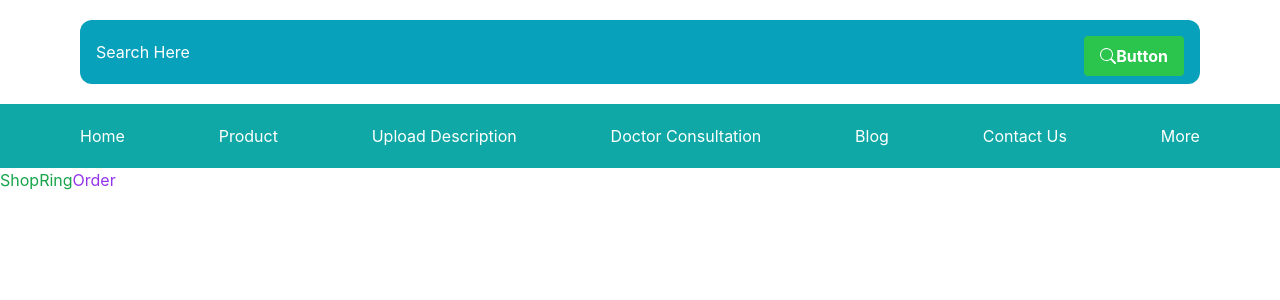
Repository: arafatmollah/form-pharma
Page: /
The author's editor kept a copy of each file at every save. The page is drawn from the files as they stood at one save, then again after a run of saves.
The browser window is 1280 px wide. The pictures show the whole page.
The project was rebuilt for these pictures with package versions that can differ from the ones it lists, and the page was loaded fresh each time.

Above is the page before, as saved 2023-03-14 23:37:29.

After the next 2 saves:
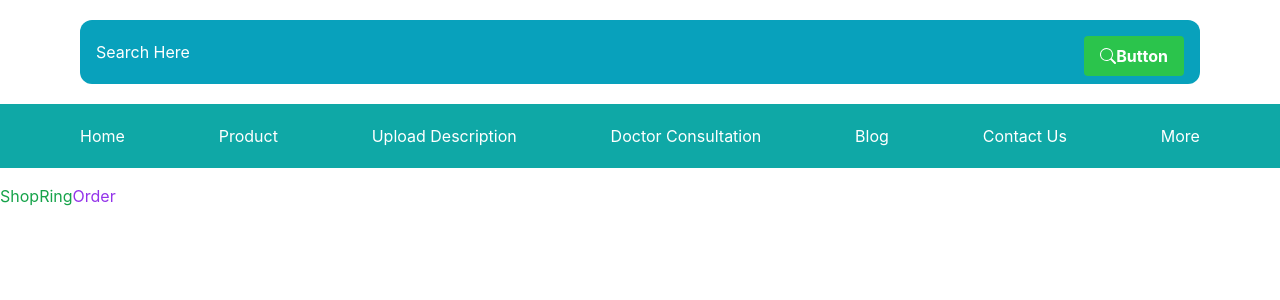
The 2 saves are shown as one change because they came seconds apart.
The last was saved 8 s later.
--- a/src/Form.js
+++ b/src/Form.js
@@ -4,7 +4,7 @@ function form() {
   return (
     <div>
         <div>
-            <div className='flex'>
+            <div className='flex my-4'>
                 <p className='text-green-600'>Shop</p>
                 <p className='text-green-600'>Ring</p>
                 <p className='text-purple-600'>Order</p>
